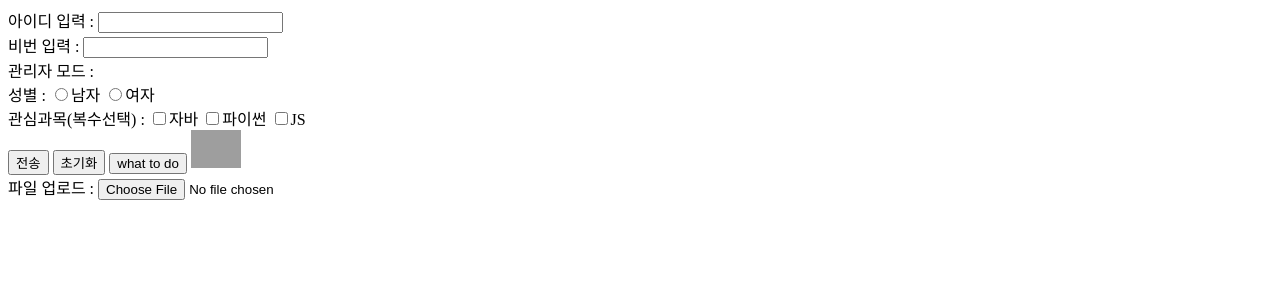
Repository: Kray273/JSLab
Page: html/src/main/webapp/Day97/formtag4.html
An editor plug-in stored every save of this project. The page is shown before and after the next save, followed by the edit.
The browser window is 1280 px wide. The pictures show the whole page.
Pictures or frames that could not be fetched are drawn as grey boxes.

Above is the page before, as saved 2022-11-25 00:56:46.

### html/src/main/webapp/Day97/formtag4.html
<!DOCTYPE html>
<html>
<head>
<meta charset="UTF-8">
<title>FormTag2</title>
</head>
<body>

 <!-- type= text/password/hidden 사용자의 입력값을 넘김 -->
 <!-- type= button(js - 기본 기능X) -->
 <!-- type= submit/image(기능 내장 form action으로 파일이동), reset(초기화)-->
 <!-- type= radio(선택을 유도, 단일 선택), checkbox(복수 선택) -->


 <!-- 1. 사용자의 입력유도 -> input
	  2. html 정보 처리 다른 파일 전달 -> form
  -->

<form action="http://localhost:8080/html/a.jsp">
 아이디 입력 : <input type="text" name="id"><br>
 비번 입력 : <input type="password" name="pw"><br>
 관리자 모드 : <input type="hidden" value="admin" id="html/css/js" name="jsp"><br>

 성별 :
 <input type="radio" value="man" name="gender">남자
 <input type="radio" value="women" name="gender">여자
 <br>

 관심과목(복수선택) :
 <input type="checkbox" value="java" name="like">자바
 <input type="checkbox" value="Python" name="like">파이썬
 <input type="checkbox" value="js" name="like">JS
 <br>

 <input type="submit" value="전송">
 <!-- 전송 시 url -->
 <!--  http://localhost:8080/html/a.jsp?id=id&pw=pw&jsp=admin&gender=women&like=java&like=js&myfile=.gitconfig -->
 <input type="reset" value="초기화">
 <input type="button" value="what to do">
 <input type="image" src="../img/html5.jpg" width="50">
 <br>

 파일 업로드 : <input type="file" name="myfile">
</form>


</body>
</html>

After the next save:
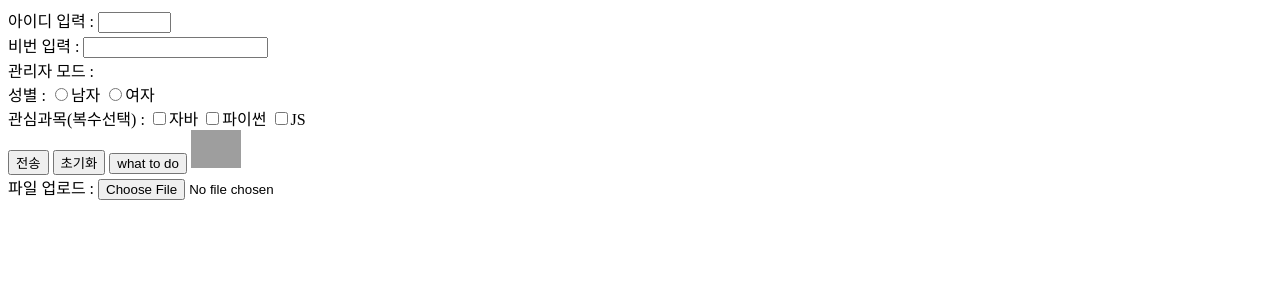
Saved 16 min 19 s later.
--- a/html/src/main/webapp/Day97/formtag4.html
+++ b/html/src/main/webapp/Day97/formtag4.html
@@ -2,22 +2,13 @@
 <html>
 <head>
 <meta charset="UTF-8">
-<title>FormTag2</title>
+<title>FormTag4</title>
 </head>
 <body>
 
- <!-- type= text/password/hidden 사용자의 입력값을 넘김 -->
- <!-- type= button(js - 기본 기능X) -->
- <!-- type= submit/image(기능 내장 form action으로 파일이동), reset(초기화)-->
- <!-- type= radio(선택을 유도, 단일 선택), checkbox(복수 선택) -->
-
-
- <!-- 1. 사용자의 입력유도 -> input
-	  2. html 정보 처리 다른 파일 전달 -> form
-  -->
 
 <form action="http://localhost:8080/html/a.jsp">
- 아이디 입력 : <input type="text" name="id"><br>
+ 아이디 입력 : <input type="text" name="id" maxlength="10" size="6"><br>
  비번 입력 : <input type="password" name="pw"><br>
  관리자 모드 : <input type="hidden" value="admin" id="html/css/js" name="jsp"><br>
 
@@ -33,8 +24,6 @@
  <br>
 
  <input type="submit" value="전송">
- <!-- 전송 시 url -->
- <!--  http://localhost:8080/html/a.jsp?id=id&pw=pw&jsp=admin&gender=women&like=java&like=js&myfile=.gitconfig -->
  <input type="reset" value="초기화">
  <input type="button" value="what to do">
  <input type="image" src="../img/html5.jpg" width="50">
